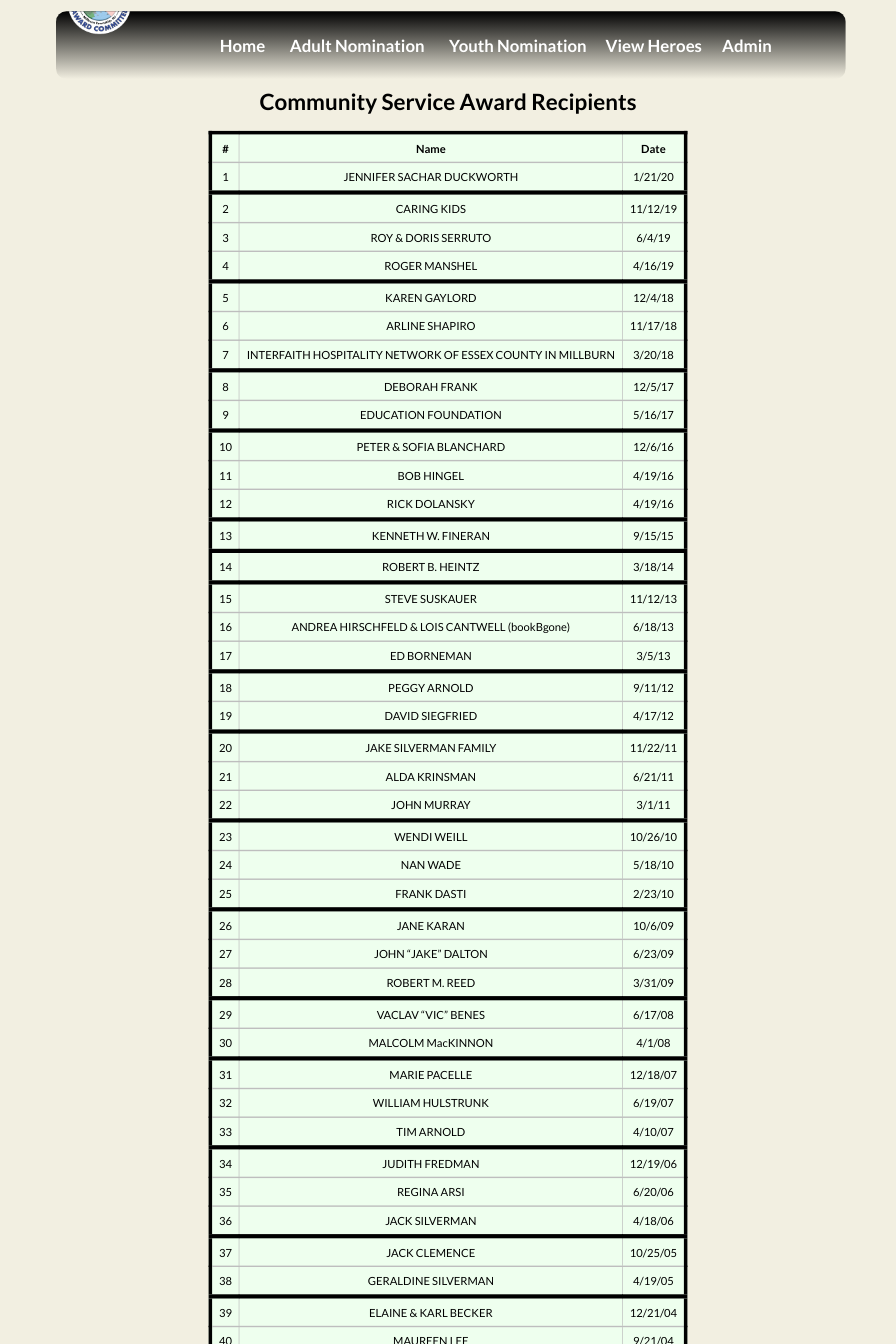
Repository: Centrattic/Young-Heroes-Website
Page: http://localhost/Frontend/before2020.php
An editor plug-in stored every save of this project. The page is shown before and after the next save, followed by the edit.
The browser window is 1280 px wide. The pictures show the part of the page from y = 0 to 1920 px (the page is 3839 px tall), at 70% of full size.
The page is run by PHP 8.4 with error messages shown; the project is at /var/www/html/.

Above is the page before, as saved 2020-12-21 15:23:22.

### Eagle Project/Frontend/before2020.php
<?php
require '../Backend/functions.php';
require '../Backend/dbhconnect.php';
?>

<html>
  <head>
    <link href="https://fonts.googleapis.com/css2?family=Lato:ital,wght@0,400;0,700;1,300;1,400&display=swap" rel="stylesheet">
    <link href="../CSS/home.css" rel="stylesheet" type="text/css" />

    <link rel = "stylesheet" href = "../CSS/navbar.css">
  </head>

  <body>

    <?php
        navbar();
    ?>

    <h1> Community Service Award Recipients</h1> <!-- Most recent first!!! -->
    <br>

    <style>
        #before2020-table {
            margin: 0 auto;
            border: 5px solid black;
            border-radius: 0px;
            background-color: #EEFFEE;
            width: 60%;
        }

        th,td {
            padding: 10px;
        }

        /*td:nth-child(1) {
            border-right: 2px solid black;
            border-radius: 0px;
            padding-bottom: 0px;
            margin-bottom: 0px;
        }*/

        tr {
            border: 2px solid #BEBEBE;
        }

        .last-of-year {
            border-bottom: 6px solid black;
        }

    </style>

    <table id = "before2020-table" rules = "all">
        <tr>
            <th> # </th>
            <th> Name </th>
            <th> Date </th>
        </tr>
        <!-- Most to least recent-->


        <tr class = "last-of-year">
            <td> 1 </td>
            <td> JENNIFER SACHAR DUCKWORTH </td>
            <td> 1/21/20 </td>
        </tr>

		<tr>
            <td> 2 </td>
            <td> CARING KIDS </td>
            <td> 11/12/19 </td>
        </tr>

		<tr>
            <td> 3 </td>
            <td> ROY & DORIS SERRUTO </td>
            <td> 6/4/19 </td>
        </tr>

		<tr class = "last-of-year">
            <td> 4 </td>
            <td> ROGER MANSHEL</td>
            <td> 4/16/19 </td>
        </tr>

		<tr>
            <td> 5 </td>
            <td> KAREN GAYLORD </td>
            <td> 12/4/18 </td>
        </tr>

		<tr>
            <td> 6 </td>
            <td> ARLINE SHAPIRO</td>
            <td> 11/17/18 </td>
        </tr>

		<tr class = "last-of-year">
            <td> 7 </td>
            <td> INTERFAITH HOSPITALITY NETWORK OF ESSEX COUNTY IN MILLBURN </td>
            <td> 3/20/18 </td>
        </tr>

		<tr>
            <td> 8 </td>
            <td> DEBORAH FRANK </td>
            <td> 12/5/17 </td>
        </tr>

		<tr class = "last-of-year">
            <td> 9 </td>
            <td> EDUCATION FOUNDATION </td>
            <td> 5/16/17 </td>
        </tr>
		<tr>
            <td> 10 </td>
            <td> PETER & SOFIA BLANCHARD </td>
            <td> 12/6/16 </td>
        </tr>

		<tr>
            <td> 11 </td>
            <td> BOB HINGEL </td>
            <td> 4/19/16 </td>
        </tr>

		<tr class = "last-of-year">
            <td> 12 </td>
            <td> RICK DOLANSKY </td>
            <td> 4/19/16 </td>
        </tr>

		<tr class = "last-of-year">
            <td> 13 </td>
            <td> KENNETH W. FINERAN </td>
            <td> 9/15/15 </td>
        </tr>

		<tr class = "last-of-year">
            <td> 14 </td>
            <td> ROBERT B. HEINTZ </td>
            <td> 3/18/14 </td>
        </tr>

		<tr>
            <td> 15 </td>
            <td> STEVE SUSKAUER </td>
            <td> 11/12/13 </td>
        </tr>

		<tr>
            <td> 16 </td>
            <td> ANDREA HIRSCHFELD & LOIS CANTWELL (bookBgone) </td>
            <td> 6/18/13 </td>
        </tr>

		<tr class = "last-of-year">
            <td> 17 </td>
            <td> ED BORNEMAN </td>
            <td> 3/5/13 </td>
        </tr>

		<tr>
            <td> 18 </td>
            <td> PEGGY ARNOLD </td>
            <td> 9/11/12 </td>
        </tr>

		<tr class = "last-of-year">
            <td> 19 </td>
            <td> DAVID SIEGFRIED </td>
            <td> 4/17/12 </td>
        </tr>

		<tr>
            <td> 20 </td>
            <td> JAKE SILVERMAN FAMILY </td>
            <td> 11/22/11 </td>
        </tr>

		<tr>
            <td> 21 </td>
            <td> ALDA KRINSMAN </td>
            <td> 6/21/11 </td>
        </tr>

		<tr class = "last-of-year">
            <td> 22 </td>
            <td> JOHN MURRAY </td>
            <td> 3/1/11 </td>
        </tr>

		<tr>
            <td> 23 </td>
            <td> WENDI WEILL </td>
            <td> 10/26/10 </td>
        </tr>

		<tr>
            <td> 24 </td>
            <td> NAN WADE </td>
            <td> 5/18/10 </td>
        </tr>

        <tr class = "last-of-year">
            <td> 25 </td>
            <td> FRANK DASTI </td>
            <td> 2/23/10 </td>
        </tr>

        <tr>
            <td> 26 </td>
            <td> JANE KARAN </td>
            <td> 10/6/09 </td>
        </tr>

        <tr>
            <td> 27 </td>
            <td> JOHN “JAKE” DALTON </td>
            <td> 6/23/09 </td>
        </tr>

        <tr class = "last-of-year">
            <td> 28 </td>
            <td> ROBERT M. REED </td>
            <td> 3/31/09 </td>
        </tr>

        <tr>
            <td> 29 </td>
            <td> VACLAV “VIC” BENES </td>
            <td> 6/17/08 </td>
        </tr>

		<tr class = "last-of-year">
            <td> 30 </td>
            <td> MALCOLM MacKINNON </td>
            <td> 4/1/08 </td>
        </tr>

		<tr>
            <td> 31 </td>
            <td> MARIE PACELLE </td>
            <td> 12/18/07 </td>
        </tr>

		<tr>
            <td> 32 </td>
            <td> WILLIAM HULSTRUNK </td>
            <td> 6/19/07 </td>
        </tr>

		<tr class = "last-of-year">
            <td> 33 </td>
            <td> TIM ARNOLD </td>
            <td> 4/10/07 </td>
        </tr>

		<tr>
            <td> 34 </td>
            <td> JUDITH FREDMAN </td>
            <td> 12/19/06 </td>
        </tr>

		<tr>
            <td> 35 </td>
            <td> REGINA ARSI </td>
            <td> 6/20/06 </td>
        </tr>

		<tr class = "last-of-year">
            <td> 36 </td>
            <td> JACK SILVERMAN </td>
            <td> 4/18/06 </td>
        </tr>

        <tr>
            <td> 37 </td>
            <td> JACK CLEMENCE </td>
            <td> 10/25/05 </td>
        </tr>

        <tr class = "last-of-year">
            <td> 38 </td>
            <td> GERALDINE SILVERMAN </td>
            <td> 4/19/05 </td>
        </tr>

        <tr>
            <td> 39 </td>
            <td> ELAINE & KARL BECKER </td>
            <td> 12/21/04 </td>
        </tr>

		<tr>
            <td> 40 </td>
            <td> MAUREEN LEE </td>
            <td> 9/21/04 </td>
        </tr>

		<tr>
            <td> 41 </td>
            <td> ANNE V. SMITH </td>
            <td> 6/15/04 </td>
        </tr>

		<tr class = "last-of-year">
            <td> 42 </td>
            <td> W. OWEN LAMPE </td>
            <td> 4/8/04 </td>
        </tr>

		<tr>
            <td> 43 </td>
            <td> EVA GOTTSCHO </td>
            <td> 12/2/03 </td>
        </tr>

		<tr class = "last-of-year">
            <td> 44 </td>
            <td> WILLIAM E. JUDES </td>
            <td> 6/10/03 </td>
        </tr>

		<tr>
            <td> 45 </td>
            <td> DELIA WALBRIDGE </td>
            <td> 12/3/02 </td>
        </tr>

		<tr>
            <td> 46 </td>
            <td> SHARON & AVI BRENDER </td>
            <td> 9/10/02 </td>
        </tr>

		<tr class = "last-of-year">
            <td> 47 </td>
            <td> ANGELO Del ROSSI </td>
            <td> 6/11/02 </td>
        </tr>

		<tr>
            <td> 48 </td>
            <td> LOUISE GILI </td>
            <td> 11/20/01 </td>
        </tr>

		<tr>
            <td> 49 </td>
            <td> THOMAS J. EAKLEY </td>
            <td> 8/21/01 </td>
        </tr>

		<tr class = "last-of-year">
            <td> 50 </td>
            <td> SHERMAN T. BREWER, JR. </td>
            <td> 3/20/01 </td>
        </tr>

		<tr>
            <td> 51 </td>
            <td> MARK GUTERMAN </td>
            <td> 12/5/00 </td>
        </tr>

		<tr>
            <td> 52 </td>
            <td> ELEANOR T. McGLAUGHLIN </td>
            <td> 9/19/00 </td>
        </tr>

		<tr>
            <td> 53 </td>
            <td> JOAN DAESCHLER </td>
            <td> 6/13/00 </td>
        </tr>

		<tr class = "last-of-year">
            <td> 54 </td>
            <td> WALTER JEFFREY, JR. </td>
            <td> 4/18/00 </td>
        </tr>

		<tr>
            <td> 55 </td>
            <td> DR. PAUL KEARNEY </td>
            <td> 11/9/99 </td>
        </tr>

		<tr class = "last-of-year">
            <td> 56 </td>
            <td> LEIGH GIFFORD </td>
            <td> 4/13/99 </td>
        </tr>

		<tr>
            <td> 57 </td>
            <td> LYNNE RANIERI </td>
            <td> 12/15/98 </td>
        </tr>

		<tr>
            <td> 58 </td>
            <td> ELAINE BIRNHOLZ </td>
            <td> 10/20/98 </td>
        </tr>

		<tr>
            <td> 59 </td>
            <td> NANCY GOAT </td>
            <td> 6/9/98 </td>
        </tr>

		<tr class = "last-of-year">
            <td> 60 </td>
            <td> JAMES LAURIE </td>
            <td> 3/17/98 </td>
        </tr>

		<tr>
            <td> 61 </td>
            <td> JOAN BORNEMAN </td>
            <td> 12/16/97 </td>
        </tr>

		<tr>
            <td> 62 </td>
            <td> PHYLLIS KINGSBURY </td>
            <td> 10/7/97 </td>
        </tr>

		<tr>
            <td> 63 </td>
            <td> LINDSEY REBECCA HUSTON </td>
            <td> 6/24/97 </td>
        </tr>

		<tr class = "last-of-year">
            <td> 64 </td>
            <td> ALFRED H. CONNELLEE </td>
            <td> 4/19/97 </td>
        </tr>

		<tr>
            <td> 65 </td>
            <td> HARRIET LOWENGRUB </td>
            <td> 12/3/96 </td>
        </tr>

		<tr>
            <td> 66 </td>
            <td> JOHN S. WARE </td>
            <td> 6/25/96 </td>
        </tr>

        <tr class = "last-of-year">
            <td> 67 </td>
            <td> SUSANNAH J. LIKINS </td>
            <td> 3/19/96 </td>
        </tr>

        <tr>
            <td> 68 </td>
            <td> IRIS STOLOFF </td>
            <td> 12/5/95 </td>
        </tr>

        <tr>
            <td> 69 </td>
            <td> DOUGLAS REED </td>
            <td> 9/5/95 </td>
        </tr>

		<tr>
            <td> 70 </td>
            <td> CHARLES T. & DOROTHY KING </td>
            <td> 6/27/95 </td>
        </tr>

		<tr class = "last-of-year">
            <td> 71 </td>
            <td> ROBERT E. MARSHALL </td>
            <td> 3/21/95 </td>
        </tr>

        <tr>
            <td> 72 </td>
            <td> LOUIS J. KURTZ </td>
            <td> 2/6/94 </td>
        </tr>

		<tr>
            <td> 73 </td>
            <td> LEZETTE PROUD </td>
            <td> 9/13/94 </td>
        </tr>

		<tr class = "last-of-year">
            <td> 74 </td>
            <td> LAUREN HUSTON </td>
            <td> 6/14/94 </td>
        </tr>

		<tr>
            <td> 75 </td>
            <td> DONALD L. CAMPBELL </td>
            <td> 7/6/93 </td>
        </tr>

		<tr class = "last-of-year">
            <td> 76 </td>
            <td> MAUREEN S. SILVER </td>
            <td> 4/27/93 </td>
        </tr>

        <tr>
            <td> 77 </td>
            <td> STEPHEN LEIT </td>
            <td> 6/16/92 </td>
        </tr>

        <tr>
            <td> 78 </td>
            <td> MURIEL SCHWARTZSTEIN </td>
            <td> 5/5/92 </td>
        </tr>

        <tr class = "last-of-year">
            <td> 79 </td>
            <td> EVELYN ORTNER </td>
            <td> 3/3/92 </td>
        </tr>

        <tr>
            <td> 80 </td>
            <td> LINDA McDONOUGH </td>
            <td> 12/17/91 </td>
        </tr>

        <tr>
            <td> 81 </td>
            <td> ALFRED T. PEDECINE </td>
            <td> 9/3/91 </td>
        </tr>

        <tr>
            <td> 82 </td>
            <td> EDITH CONNELLEE </td>
            <td> 8/16/91 </td>
        </tr>

        <tr>
            <td> 83 </td>
            <td> LORI FRIEDMAN </td>
            <td> 6/11/91 </td>
        </tr>

        <tr>
            <td> 84 </td>
            <td> WILLIAM CONROE </td>
            <td> 5/21/91 </td>
        </tr>

        <tr>
            <td> 87 </td>
            <td> ELIZABETH NAUGHTON </td>
            <td> 5/5/91 </td>
        </tr>

    </table>



</body>
</html>

### Eagle Project/Backend/dbhconnect.php
<?php
  $servername = "localhost";
  $dbUsername = "root";
  $dbPassword = "";
  $dbName = "young_heroes";

  //connecting to database
  $connection = new mysqli($servername, $dbUsername, $dbPassword, $dbName);

  //error message if connection fails
  if(!$connection){
    die("Connection failed: ".mysqli_connect_error());
  }
?>

### Eagle Project/CSS/home.css
* {
    text-align: center;
    padding: 2px;
    margin: 2px;
    font-family: 'Lato', sans-serif;
    border-radius: 15px;

}

body {
    background-color: #F2EFE1;

}

#homepicgrid {
    display: grid;
    width: auto;
    height: 30%;

    grid-template-columns: auto auto auto auto;
    grid-template-rows: auto;
}

#homepicgrid img {
    height: 100%;
    object-fit: cover;
    width: 100%;
}


#homepagetitle {
    font-size: 2em;
    width: auto;
    background-color: white;
    padding: 10px;
    margin: 5px;
}



#hometextgrid {
    display: grid;
    width: auto;
    margin: 0 auto;
    grid-template-columns: auto auto auto;
    grid-template-rows: auto auto;
}

#hometextgrid div {
    background-color: #E2DECC;
    padding: 20px;
}


#CSAChistory {
    background-color: #E2DECC;
    padding: 20px;
    padding-top: 0;
    margin: 10px 0;
}
#impact {
    background-color: white;
    width: 35%;
    margin: 2% auto;
    border: 10px solid transparent;
    border-image: url("../Images/borderhome.jpg") 30 round !important;
}

#impact h3 {
    margin: 15%;
}


#getinvolved {
    background-image: url("../Images/millburnblossoms.jpg");
    height: 60%;
    display: flex;
    align-items: center;
    justify-content: center;
}

#nominateahero {
    width: 70%;
    padding: 0 20px;
    background-color:  #F2EFE1;
}

#getinvolved p {
    margin: 10px;
}

button {
    font-size: 1em;
}

### Eagle Project/CSS/navbar.css
* {
    text-align: center;
    font-family: 'Lato', sans-serif;
}

body {
    background-color: #F2EFE1;
}


.menu-area li{
    display: inline;
    color: white;
    font-weight: bold;
    font-size: 1.5em;
    padding-bottom: 10px;
}

.menu-area .non-dropdown a{
    display: inline-block;
    padding: 30px 10px;
    color: white;
    box-sizing: border-box;

}

.menu-area a {
    text-decoration: none;
    color: white;
}

.menu-area .nav-dropdown .dropdown-content li a{
    display: inline-block;
    text-align: center;
    padding: 14px 16px;
    text-decoration: none;
}

.menu-area {
    width: 100%;
    background-image: linear-gradient(black, #F2EFE1);
    overflow: hidden;
    border-radius: 15px;
}

.menu-area .non-dropdown:hover{
    border-radius: 0px;
    border-bottom: 10px solid aliceblue;
}

.menu-area li a {
    box-sizing: border-box;
}

.nav-dropbtn {
    text-decoration: none;
    color: white;
}

/*FIX THIS LATER*/


#logout {
    all: unset;
}

body {
    margin: 0 5%;
}

/* ------------------*/



li.nav-dropdown {
    display: inline-block;
}

.dropdown-content {
    display: none;
    position: absolute;
    background-color: #f9f9f9;
    min-width: 150px;
    box-shadow: 0px 8px 16px 0px rgba(0,0,0,0.2);
    z-index: 1;

}

.dropdown-content a {
    color: black;
    padding: 12px 16px;
    text-decoration: none;
    display: block;
    font-size: .9em;
    text-align: left;
}


.dropdown-content a:hover {
    background-color: #f1f1f1;
}


.nav-dropdown:hover .dropdown-content {
    display: block;
    border-radius: 0px;
}


/* Footer*/



.site-footer {
    background-color: #E2DECC;
      text-align: center;
      margin: 10px 0;
      padding: 10px 0;
  }

  #social-wrapper {
      text-align: center;
  }

  /*Social Media Icons*/
  .social-wrapper {
      text-align: center;
  }

  .social-wrapper ul li {
      display: inline;
      margin: 0 5px;
  }

  .twitter-icon,
  .facebook-icon,
  .instagram-icon,
  .linkedin-icon,
  .googleplus-icon,
  .youtube-icon,
  .foursquare-icon{
      margin-top: .625em;
      width: 40px;
      height: 40px;
      opacity: .6;
      filter: alpha(opacity=60); /* For IE8 and earlier */
    border-radius: 25px;
  }

  .twitter-icon:hover,
  .facebook-icon:hover,
  .instagram-icon:hover,
  .linkedin-icon:hover,
  .googleplus-icon:hover,
  .youtube-icon:hover,
  .foursquare-icon:hover {
      opacity: 1.0;
      filter: alpha(opacity=100); /* For IE8 and earlier */
  }

  .footer-nav p {
      text-align: center;
  }

Loaded but not shown: Eagle Project/Backend/functions.php (1119 lines, source omitted)

After the next save:
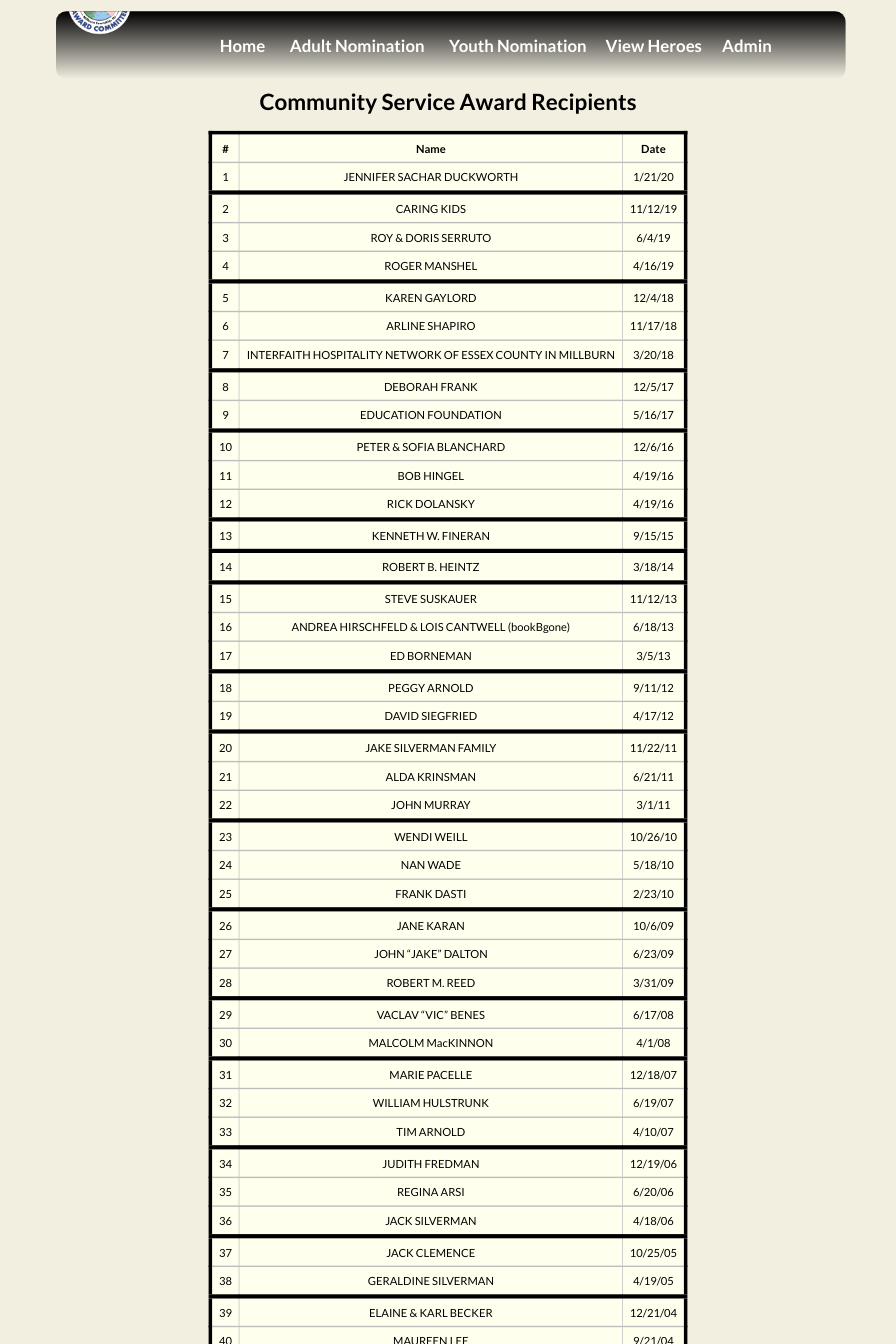
Saved 11 s later.
--- a/Eagle Project/Frontend/before2020.php
+++ b/Eagle Project/Frontend/before2020.php
@@ -25,7 +25,7 @@
             margin: 0 auto;
             border: 5px solid black;
             border-radius: 0px;
-            background-color: #EEFFEE;
+            background-color: #FFFFEE;
             width: 60%;
         }
 

After the save that followed:
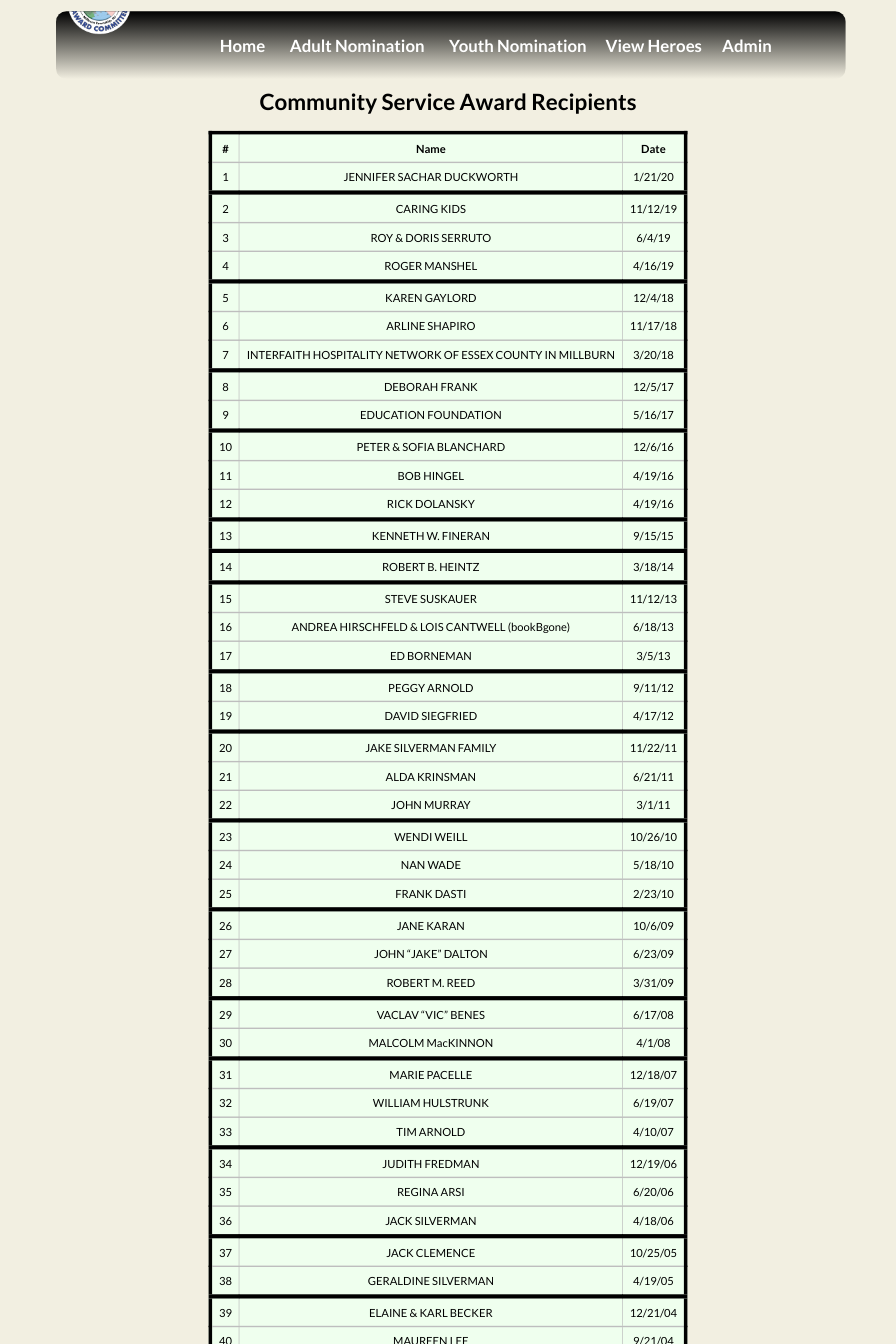
Saved 6 s later.
--- a/Eagle Project/Frontend/before2020.php
+++ b/Eagle Project/Frontend/before2020.php
@@ -25,7 +25,7 @@
             margin: 0 auto;
             border: 5px solid black;
             border-radius: 0px;
-            background-color: #FFFFEE;
+            background-color: #EFFFEE;
             width: 60%;
         }
 
